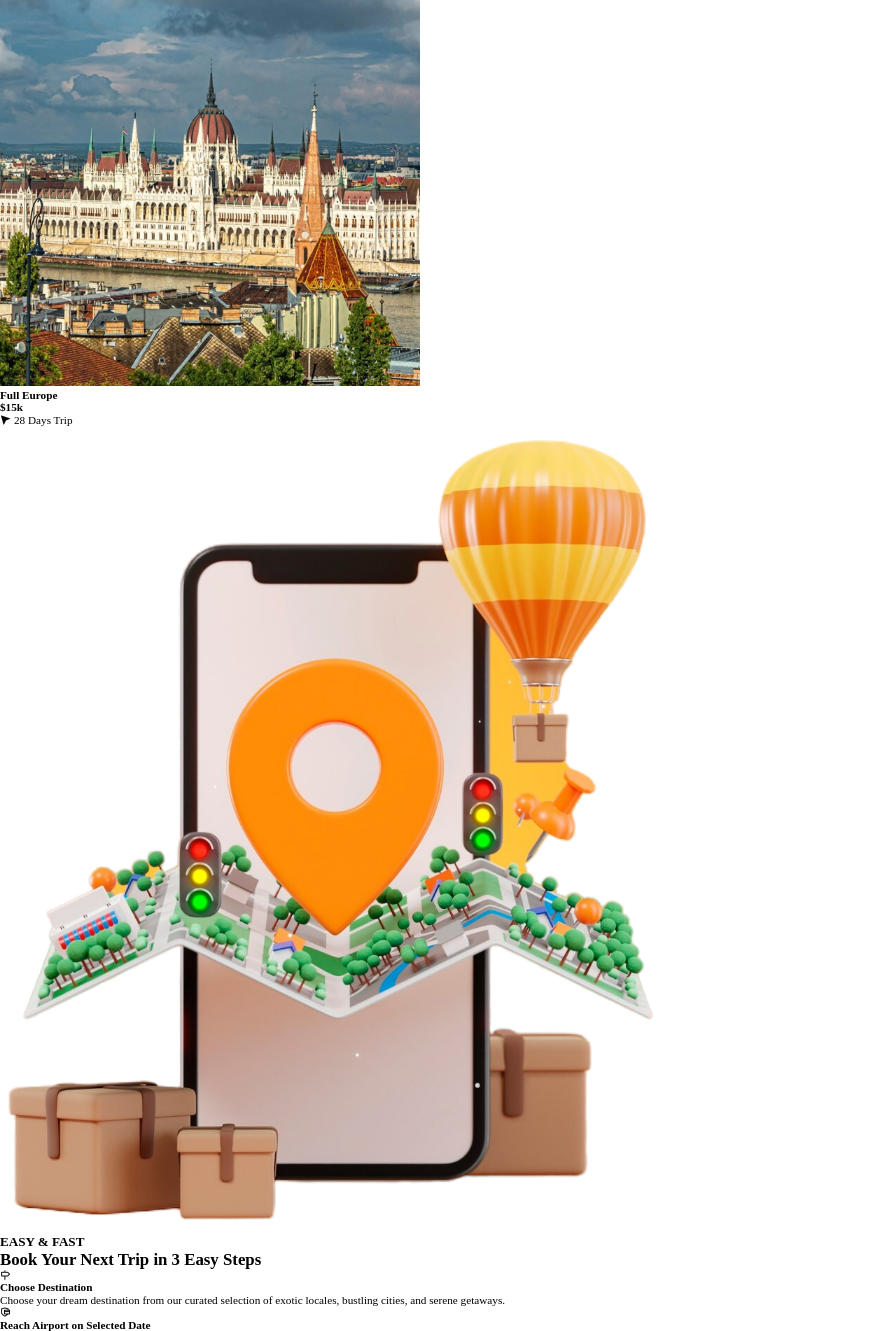
Repository: ntandomagana/travel-website
Page: index.html
An editor plug-in stored every save of this project. The page is shown before and after the next save, followed by the edit.
The browser window is 1280 px wide. The pictures show the part of the page from y = 2149 to 4069 px (the page is 4051 px tall before and 4069 px after), at 70% of full size.

Above is the page before, as saved 2024-05-06 17:24:46.

### index.html
<!DOCTYPE html>
<html lang="en">
  <head>
    <meta charset="UTF-8" />
    <meta name="viewport" content="width=device-width, initial-scale=1.0" />
    <link
      href="https://cdn.jsdelivr.net/npm/remixicon@4.2.0/fonts/remixicon.css"
      rel="stylesheet"
    />
    <link
      rel="stylesheet"
      href="https://cdn.jsdelivr.net/npm/swiper@11/swiper-bundle.min.css"
    />
    <link rel="stylesheet" href="style.css" />
    <title>Travel Website</title>
  </head>
  <body>
    <nav>
      <div class="nav-header">
        <div class="logo">
          <a href="#" class="logo">Travel<span>S</span>.</a>
        </div>
        <div class="nav-menu-btn" id="menu-btn">
          <i class="ri-menu-line"></i>
        </div>
      </div>

      <ul class="nav-links" id="nav-links">
        <li><a href="#home">Home</a></li>
        <li><a href="#service">Services</a></li>
        <li><a href="#destination">Destinations</a></li>
        <li><a href="#trips">Trips</a></li>
        <li><a href="#client">Clients</a></li>
      </ul>
    </nav>

    <header class="section-container header-container" id="home">
      <div class="header-image">
        <img src="assets/header.png" alt="header" />
      </div>
      <div class="header-content">
        <h3 class="section-subheader">BEST DESTINATIONS AROUND THE WORLD</h3>
        <h1>Travel, enjoy and live a new full life</h1>
        <p>
          It's an invitation to break free from the ordinary, immerse yourself
          in diverse cultures, and embrace the beauty of the world around you.
          Let every journey be a chapter in your story of living life to its
          fullest potential.
        </p>
        <div class="header-btns">
          <button class="btn">Find out more</button>
          <a href="#">
            <span><i class="ri-play-fill"></i></span>
            Play Demo
          </a>
        </div>
      </div>
    </header>

    <section class="section-container service-container" id="service">
      <h3 class="section-subheader">CATEGORY</h3>
      <h2 class="section-header">We Offer Best Services</h2>
      <div class="service-grid">
        <div class="service-card">
          <img src="assets/weather.png" alt="service" />
          <h4>Calculated Weather</h4>
          <p>
            Stay ahead of your travels with precise weather forecasts tailored
            to your destination's conditions.
          </p>
        </div>
        <div class="service-card">
          <img src="assets/customisation.png" alt="service" />
          <h4>Customizations</h4>
          <p>
            Tailor your journey with personalized customizations, ensuring every
            detail reflects your unique travel style.
          </p>
        </div>
      </div>
    </section>

    <section class="section-container destination-container" id="destination">
      <h3 class="section-subheader">TOP SELLING</h3>
      <h2 class="section-header">Top Destinations</h2>
      <div class="destination-grid">
        <div class="destination-card">
          <img src="assets/destination-1.jpg" alt="destination" />
          <div class="destination-details">
            <div>
              <h4>Rome, Italy</h4>
              <h4>$5.42k</h4>
            </div>
            <p>
              <span><i class="ri-navigation-fill"></i></span>
              10 days trip
            </p>
          </div>
        </div>
        <div class="destination-card">
          <img src="assets/destination-3.jpg" alt="destination" />
          <div class="destination-details">
            <div>
              <h4>Full Europe</h4>
              <h4>$15k</h4>
            </div>
            <p>
              <span><i class="ri-navigation-fill"></i></span>
              28 Days Trip
            </p>
          </div>
        </div>
      </div>
    </section>

    <section class="section-container trip-container" id="trip">
      <div class="trip-image">
        <img src="assets/trip.png" />
      </div>
      <div class="trip-content">
        <h3 class="section-subheader">EASY & FAST</h3>
        <h2 class="section-header">Book Your Next Trip in 3 Easy Steps</h2>
        <ul class="trip-list">
          <li>
            <span><i class="ri-signpost-line"></i></span>
            <div>
              <h4>Choose Destination</h4>
              <p>
                Choose your dream destination from our curated selection of
                exotic locales, bustling cities, and serene getaways.
              </p>
            </div>
          </li>

          <li>
            <span><i class="ri-secure-payment-line"></i></span>
            <div>
                <h4>Reach Airport on Selected Date</h4>
                <p></p>
            </div>
          </li>
        </ul>
      </div>
    </section>
  </body>
</html>

### style.css
@import url("https://fonts.googleapis.com/css2?family=Poppins:ital,wght@0,100;0,200;0,300;0,400;0,500;0,600;0,700;0,800;0,900;1,100;1,200;1,300;1,400;1,500;1,600;1,700;1,800;1,900&display=swap");

:root {
    --primary-color: #e06951;
    --text-dark: #111827;
    --text-light: #6b7280;
    --white: #ffffff;
    --max-width: 1200px;
}

* {
    padding: 0;
    margin: 0;
    box-sizing: border-box;
}

After the next save:
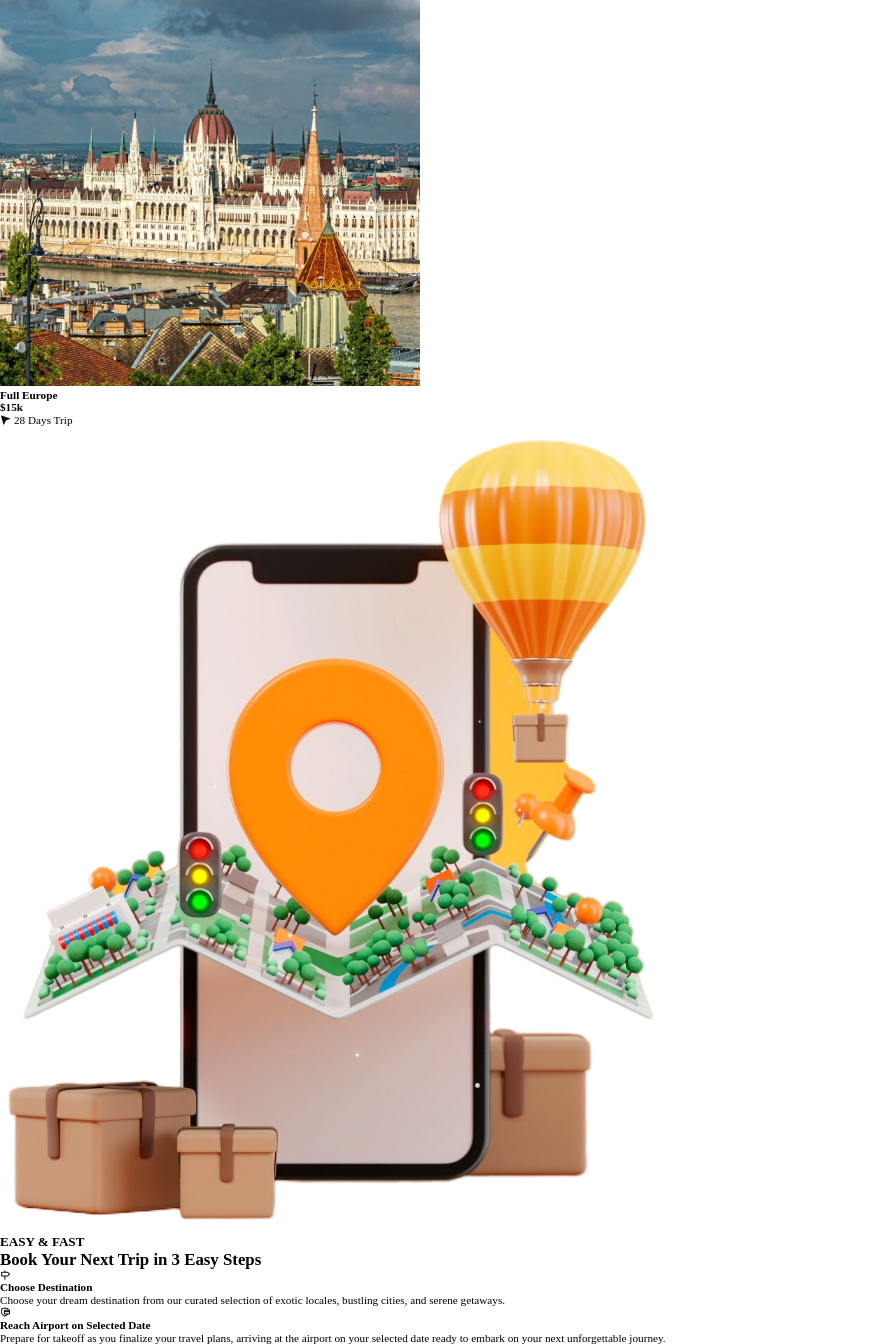
Saved 9 s later.
--- a/index.html
+++ b/index.html
@@ -136,7 +136,9 @@
             <span><i class="ri-secure-payment-line"></i></span>
             <div>
                 <h4>Reach Airport on Selected Date</h4>
-                <p></p>
+                <p>Prepare for takeoff as you finalize your travel plans, arriving
+                at the airport on your selected date ready to embark on your
+                next unforgettable journey.</p>
             </div>
           </li>
         </ul>
